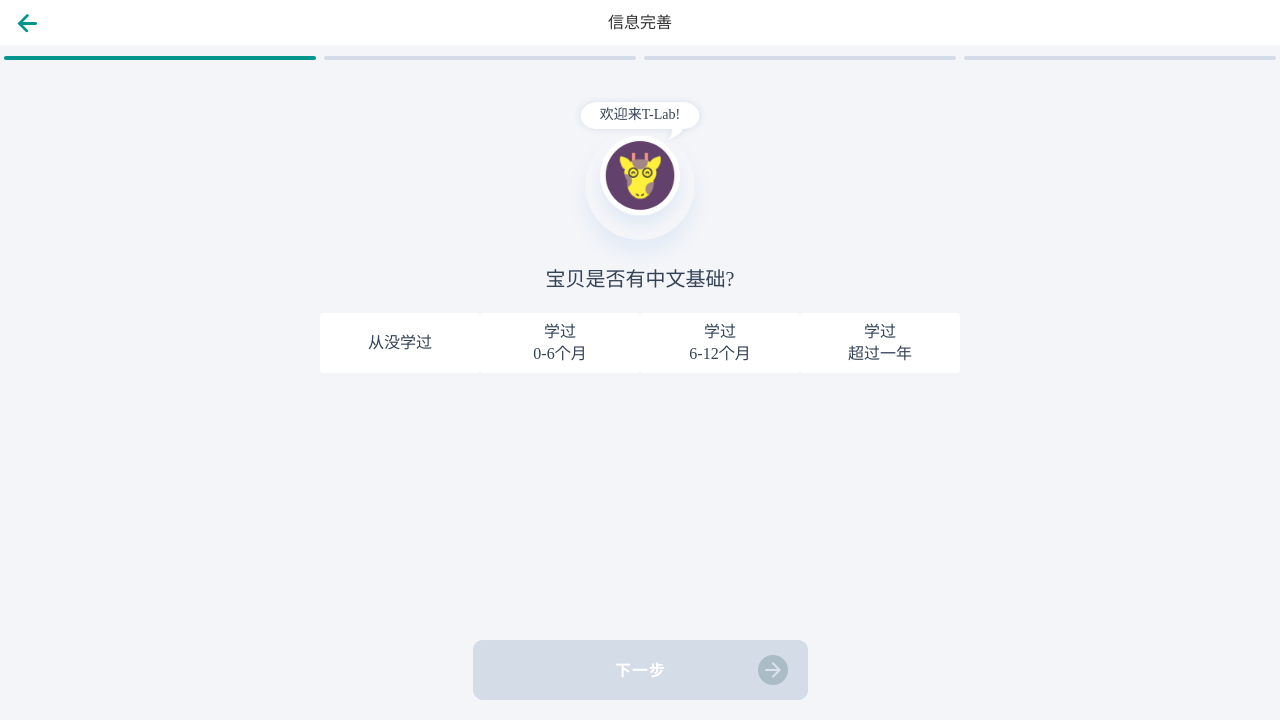
Repository: huangjf1/1
Page: /
An editor plug-in stored every save of this project. The page is shown before and after the next save, followed by the edit.
The browser window is 1280 px wide. The pictures show the whole page.
The project was rebuilt for these pictures with package versions that can differ from the ones it lists, and the page was loaded fresh each time. Also part of the build but not shown: vue.config.js.

Above is the page before, as saved 2021-08-24 12:24:42.

### src/main.js
import { createApp } from 'vue'
import { NavBar, Swipe, SwipeItem, Picker, Field, Popup } from 'vant';
import App from './App.vue'
import router from './router'
import less from 'less'
import "lib-flexible/flexible.js"
import 'vant/lib/index.css';
const app = createApp(App)
app.use(router)
app.use(less)
app.use(NavBar)
app.use(Swipe)
app.use(Picker)
app.use(Field)
app.use(SwipeItem)
app.use(Popup)
app.mount('#app')

### src/App.vue
<template>
  <div id="app">
    <router-view></router-view>
  </div>
</template>

<script>
export default {
  name: 'App',
}
</script>
<style>
*{
  margin: 0;
  padding: 0;
  font-family: Montserrat,PingFang,Microsoft YaHei;
}
#app {
  width: 100%;
  height: 100%;
  position: absolute;
  left: 0;
  right: 0;
  top: 0;
  bottom: 0;
}
</style>

### src/router/index.js
import { createRouter, createWebHashHistory } from 'vue-router'
const router = createRouter({
  history: createWebHashHistory(),
  routes: [
    {
      path: '/',
      name: '/',
      redirect: '/index'
    },
    {
    path: '/index',
    name: 'index',
    component: () => import('@/views/index.vue'),
    meta: {
      index: 1
    }
  },]
})
export default router

### src/views/index.vue

<template>
  <div class="content">
    <van-nav-bar title="信息完善" left-arrow @click-left="onClickLeft">
      <template #left>
        <img class="backIcon" src="@/assets/image/back.png" alt="">
      </template>
    </van-nav-bar>
    <div class="tabs">
      <div :class="initIndex>=0?'currentTab':''"></div>
      <div :class="initIndex>=1?'currentTab':''"></div>
      <div :class="initIndex>=2?'currentTab':''"></div>
      <div :class="initIndex>=3?'currentTab':''"></div>
      <!-- <div :class="initIndex==4?'currentTab':''"></div> -->
    </div>
    <div class="my-swipe">
      <van-swipe ref="swipe"  indicator-color="transparent" :touchable="false">
        <!-- 是否有中文基础 -->
        <van-swipe-item class="pageFour">
          <div class="select-chines">
            <div class="message-info">欢迎来T-Lab!</div>
            <img class="avatar" src="@/assets/image/avatar.png">
            <p>宝贝是否有中文基础?</p>
            <div class="select-list-box">
              <div @click="selectChines!=0?selectChines=0:selectChines=null" class="select-list" :class="selectChines==0?'current-select-list':''">
                从没学过
              </div>
              <div @click="selectChines!=1?selectChines=1:selectChines=null" class="select-list" :class="selectChines==1?'current-select-list':''">
                <p>学过</p>
                <p>0-6个月</p>
              </div>
              <div @click="selectChines!=2?selectChines=2:selectChines=null" class="select-list" :class="selectChines==2?'current-select-list':''">
                <p>学过</p>
                <p>6-12个月</p>
              </div>
              <div @click="selectChines!=3?selectChines=3:selectChines=null" class="select-list" :class="selectChines==3?'current-select-list':''">
                <p>学过</p>
                <p>超过一年</p>
              </div>
            </div>
          </div>
          <div class="btn" @click="next(1)" v-show="selectChines!=null"></div>
          <div class="btn-gray" v-show="selectChines==null"></div>
        </van-swipe-item>
        <!-- 学习中文的侧重点 -->
        <van-swipe-item class="pageFour">
          <div class="select-chines">
            <img class="avatar" src="@/assets/image/avatar.png">
            <p>宝贝学习中文的侧重点? (可多选)</p>
            <div class="select-list-box">
              <div class="select-list" @click="selectList(item, index)" :class="item.check==true?'current-select-list':''" v-for="(item, index) in list" :key="index">
                {{item.text}}
              </div>
            </div>
          </div>
          <div class="btn" @click="next(2)" v-show="list.some(item => item.check === true)"></div>
          <div class="btn-gray" v-show="!list.some(item => item.check === true)"></div>
        </van-swipe-item>
        <!-- 选择出生年月 -->
        <van-swipe-item class="pageThree">
          <div class="select-age">
            <img class="avatar" src="@/assets/image/avatar.png">
            <p>宝贝哪年出生?</p>
            <van-field
              v-model="result"
              is-link
              readonly
              placeholder="请选择"
              @click="showPicker = true"
              arrow-direction='down'
              input-align='center'
              :border='false'
            />
            <div class="age-desc">我们会根据孩子不同的年龄推荐相应的体验课程</div>

          </div>
          <div class="btn" @click="next(3)" v-show="result"></div>
          <div class="btn-gray" v-show="!result"></div>
        </van-swipe-item>
        <!-- 输入昵称 -->
        <van-swipe-item class="pageOne">
          <div class="pageOneDesc">
            <img class="avatar" src="@/assets/image/avatar.png">
            <div class="nameDesc">点击输入宝贝昵称</div>
            <input @input="changeText" v-model="name" type="text" placeholder="请输入">
            <div class="message" :class="firstShow?'messageColor':''">最多14个英文字符或7个汉字</div>
          </div>
          <div class="btn btn-success" v-show="!firstShow"></div>
          <div class="btn-gray" v-show="firstShow"></div>
        </van-swipe-item>
        <!-- 选择性别 -->
        <!-- <van-swipe-item class="pageTwo">
          <div class="selectSex">
            <div class="man" @click="selectSex!=1?selectSex=1:selectSex=''">
              <img class="manImg" src="@/assets/image/man.png">
              <img class="checkImg" v-show="selectSex==1" src="@/assets/image/checked.png">
            </div>
            <div class="andText">或</div>
            <div class="woman" @click="selectSex!=2?selectSex=2:selectSex=''">
              <img class="womanImg" src="@/assets/image/woman.png">
              <img class="checkImg" v-show="selectSex==2" src="@/assets/image/checked.png">
            </div>
          </div>
          <div class="btn" @click="next(2)" v-show="selectSex!=''"></div>
          <div class="btn-gray" v-show="selectSex==''"></div>
        </van-swipe-item> -->
      </van-swipe>
    </div>
    <van-popup v-model:show="showPicker" round position="bottom">
      <van-picker
        show-toolbar
        :columns="columns"
        @cancel="showPicker = false"
        @confirm="onConfirm"
        confirm-button-text="确定"
        confirm-color='red'
      />
    </van-popup>
  </div>
</template>
<script>
import { ref, onMounted } from 'vue'
export default {
  components: {

  },
  setup () {
    let initIndex = ref(0)
    let name = ref('')
    let selectChines = ref(null)
    let swipe = ref('')
    let firstShow = ref(true)
    let selectSex = ref('')
    let date = new Date()
    let year = date.getFullYear()
    console.log(year)
    const columns = []
    for (var i = 2000;i<=year;i++){
      columns.unshift({
        text: i
      })
    }
    // 侧重点列表
    const list = ref([
      { text: '拼音', check: false },
      { text: '听力', check: false },
      { text: '阅读', check: false },
      { text: '口语', check: false}
    ])
    const result = ref('');
    const showPicker = ref(false);
    const onConfirm = (value) => {
      result.value = value.text;
      showPicker.value = false;
    };
    // 返回
    const onClickLeft = () => {
      if (initIndex.value>0){
        swipe.value.prev()
        initIndex.value -= 1
      }
    }
    const selectList = (item) => {
      item.check = !item.check
    }
    const changeText = () => {
      /*eslint-disable*/
      let len = name.value.replace(/[^\x00-\xFF]/g,'**').length
      if (len<=14 && len>0) {
        firstShow.value = false
      } else {
        firstShow.value = true
      }
    }
    const next = (index) => {
      if (initIndex.value<4){
        swipe.value.next()
        initIndex.value = index
      }
    }
    onMounted (()=>{

    })
    return {
      initIndex,
      swipe,
      firstShow,
      columns,
      result,
      showPicker,
      list,
      selectChines,
      name,
      changeText,
      selectSex,
      onClickLeft,
      onConfirm,
      selectList,
      next
    }
  }
}
</script>
<style scoped lang="less">
 .content {
   width: 100%;
   height: 100%;
   margin: 0 auto;
   display: flex;
   overflow-y: auto;
   flex-direction: column;
   background: #f3f5f9;
   .backIcon {
     width: 24px;
     height: 24px;
   }
   .my-swipe {
      flex: 1;
      .van-swipe {
       height: 100%;
      }
      .van-swipe-item {
       color: #fff;
       font-size: 20px;
       text-align: center;
      }
      /deep/.van-swipe__indicators {
        display: none;
      }
      .pageOne {
        position: relative;
        display: flex;
        flex-direction: column;
        .pageOneDesc{
          flex: 1;
        }

        .nameDesc {
          text-align: center;
          color: #344356;
          font-size: 16px;
          font-weight: 600;
          font-family: PingFang HK;
          margin-top: 25px;
        }
        input {
          width: 335px;
          height: 16px;
          line-height: 16px;
          background: #FFFFFF;
          padding: 17px 0;
          border-radius: 10px;
          border: none;
          outline: none;
          font-size: 16px;
          text-align: center;
          margin-top: 19px;
          color: #344356;
        }
        .message {
          color: #344356;
          font-size: 14px;
          margin-top: 10px;
          &.messageColor {
            color: #FF7044;
          }
        }

      }
      .pageTwo {
        position: relative;
        display: flex;
        flex-direction: column;
        .selectSex {
          width: 140px;
          height: 340px;
          margin: 100px auto 0;
          flex: 1;
          .man,.woman {
            width: 140px;
            height: 140px;
            background: #FFFFFF;
            position: relative;
            cursor: pointer;
            .manImg{
              width: 56px;
              height: 59px;
              position: absolute;
              left: 0;
              top: 0;
              bottom: 0;
              right: 0;
              margin: auto;
            }
            .womanImg {
              width: 62px;
              height: 58px;
              position: absolute;
              left: 0;
              top: 0;
              bottom: 0;
              right: 0;
              margin: auto;
            }
            .checkImg {
              width: 22px;
              height: 22px;
              position: absolute;
              right: 5px;
              top: 5px;
            }
          }
          .andText {
            height: 60px;
            line-height: 60px;
            color: #344356;
            text-align: center;
            font-size: 16px;
          }
        }
      }
      .pageThree {
        display: flex;
        flex-direction: column;
        .select-age {
          width: 335px;
          flex: 1;
          margin: 0 auto;
          >p{
            color: #344356;
            font-size: 20px;
            margin-top: 20px;
            font-family: PingFang HK;
            font-style: normal;
            font-weight: 500;
            margin-bottom: 25px;
          }
          .age-desc {
            color: #5a6776;
            font-family: PingFang HK;
            font-style: normal;
            font-weight: normal;
            font-size: 14px;
            line-height: 20px;
            margin-top: 20px;
          }
          .van-field {
            border-radius: 5px;
          }
          /deep/ .van-popup--bottom {
            width: 375px;
            left: 0;
            right: 0;
            margin: auto;
            bottom: 0;
          }
          /deep/ .van-picker__toolbar {
            color: gray;
          }
          /deep/ .van-picker__confirm {
            color: #344356
          }
        }
      }
      .pageFour {
        margin: 0 auto;
        display: flex;
        flex-direction: column;
        .select-chines {
          flex: 1;
          max-width: 670px;
          margin: 0 auto;
          position: relative;
          .message-info {
            width: 136px;
            height: 52px;
            position: absolute;
            background: url('~@/assets/image/Union.png') no-repeat;
            background-size: 100% 100%;
            left: 0;
            right: 0;
            margin: auto;
            top: 35px;
            font-family: PingFang HK;
            font-style: normal;
            font-weight: 500;
            font-size: 14px;
            line-height: 40px;
            color: #344356;
          }
          >p {
            font-family: PingFang HK;
            font-style: normal;
            font-weight: 500;
            font-size: 20px;
            line-height: 28px;
            color: #344356;
            margin-top: 20px;
          }
          .select-list-box {
            display: flex;
            flex-wrap: wrap;
            justify-content: space-around;
          }
          .select-list {
            width: 160px;
            height: 60px;
            display: flex;
            flex-direction: column;
            align-items: center;
            background: white;
            font-family: PingFang HK;
            font-style: normal;
            font-weight: 500;
            font-size: 16px;
            line-height: 22px;
            display: flex;
            justify-content: center;
            text-align: center;
            color: #344356;
            border-radius: 4px;
            margin-top: 20px;
            &.current-select-list {
              background: #088384;
              color: white;
            }
          }
        }
      }
      .avatar {
        width: 110px;
        height: 110px;
        border-radius: 50%;
        box-shadow: 0px 12px 19px rgba(60, 128, 209, 0.0851449);
        margin-top: 70px;
      }
      .btn {
        width: 335px;
        height: 60px;
        background: url('../assets/image/button.png') no-repeat;
        background-size: 100% 100%;
        cursor: pointer;
        margin: 20px auto 20px;
      }
      .btn-success {
        background: url('../assets/image/success.png') no-repeat;
        background-size: 100% 100%;
      }
      .btn-gray {
        width: 335px;
        height: 60px;
        background: url('../assets/image/button_gray.png') no-repeat;
        background-size: 100% 100%;
        cursor: pointer;
        margin: 20px auto 20px;
      }
   }
   .tabs {
     width: 100%;
     height: 4px;
     display: flex;
     justify-content: space-around;
     margin: 10px auto 0;
     div{
       height: 4px;
       flex: 1;
       background: #D4DCE7;
       border-radius: 26px;
       margin: 0 4px;
     }
     .currentTab {
       background: #00968E;
     }
   }
 }

</style>

Loaded but not shown: public/index.html (common file)

After the next save:
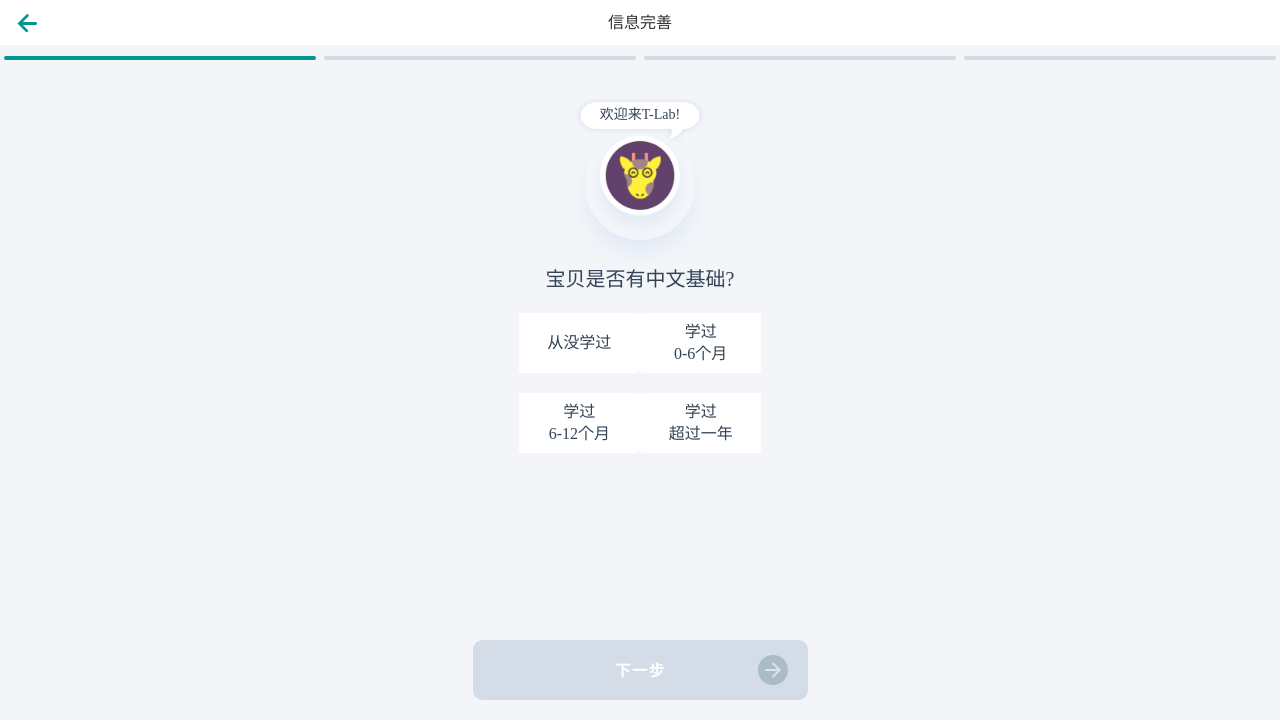
Saved 22 s later.
--- a/src/views/index.vue
+++ b/src/views/index.vue
@@ -403,7 +403,7 @@ export default {
             justify-content: space-around;
           }
           .select-list {
-            width: 160px;
+            width: 50%;
             height: 60px;
             display: flex;
             flex-direction: column;
